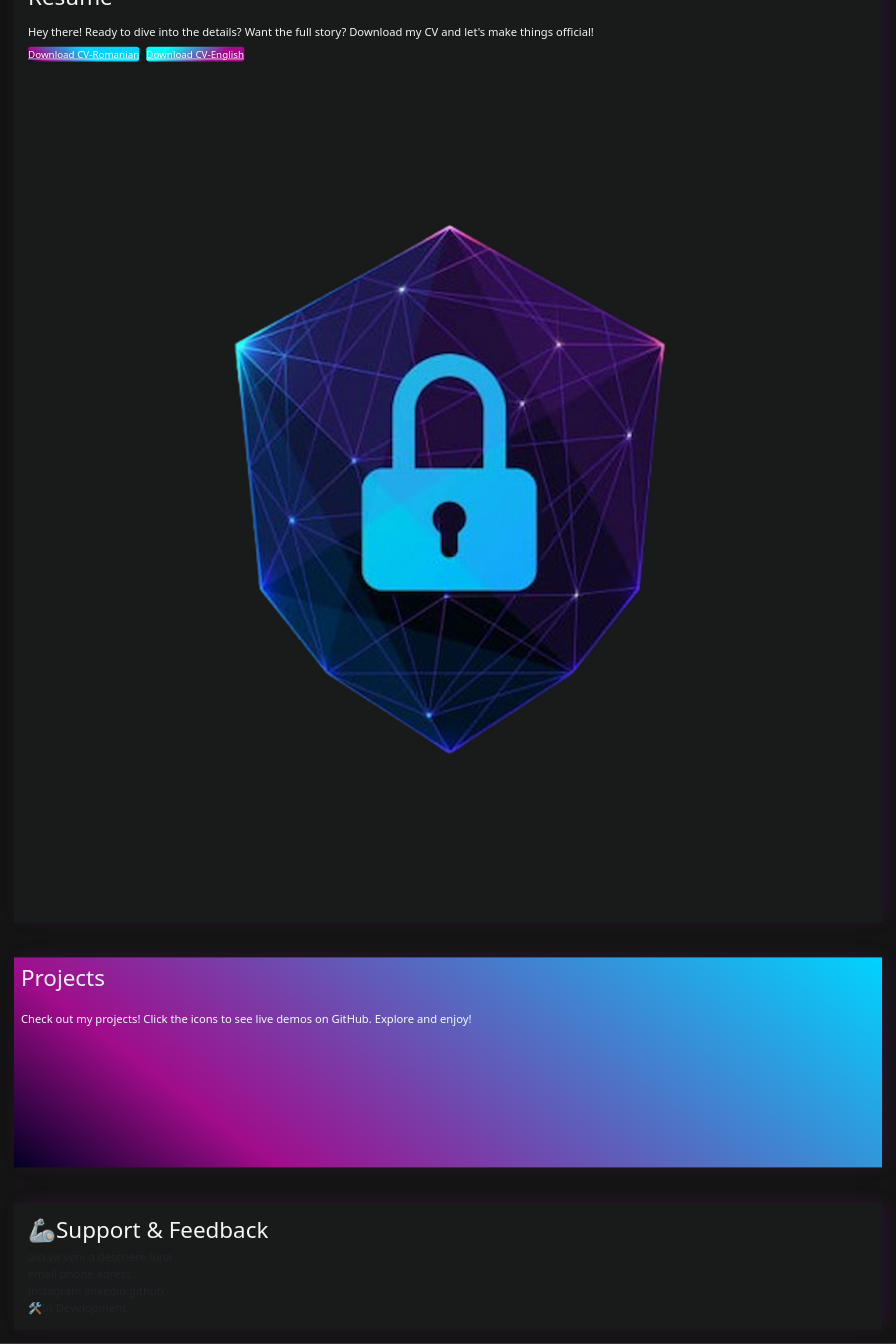
Repository: Sebastiand22/portfolio
Page: index.html
These files come from the project's save history. The page is drawn as it stood at one moment and after the next save; the edit follows.
The browser window is 1280 px wide. The pictures show the part of the page from y = 1854 to 3774 px (the page is 3774 px tall), at 70% of full size.

Above is the page before, as saved 2024-09-15 17:30:15.

After the next save:
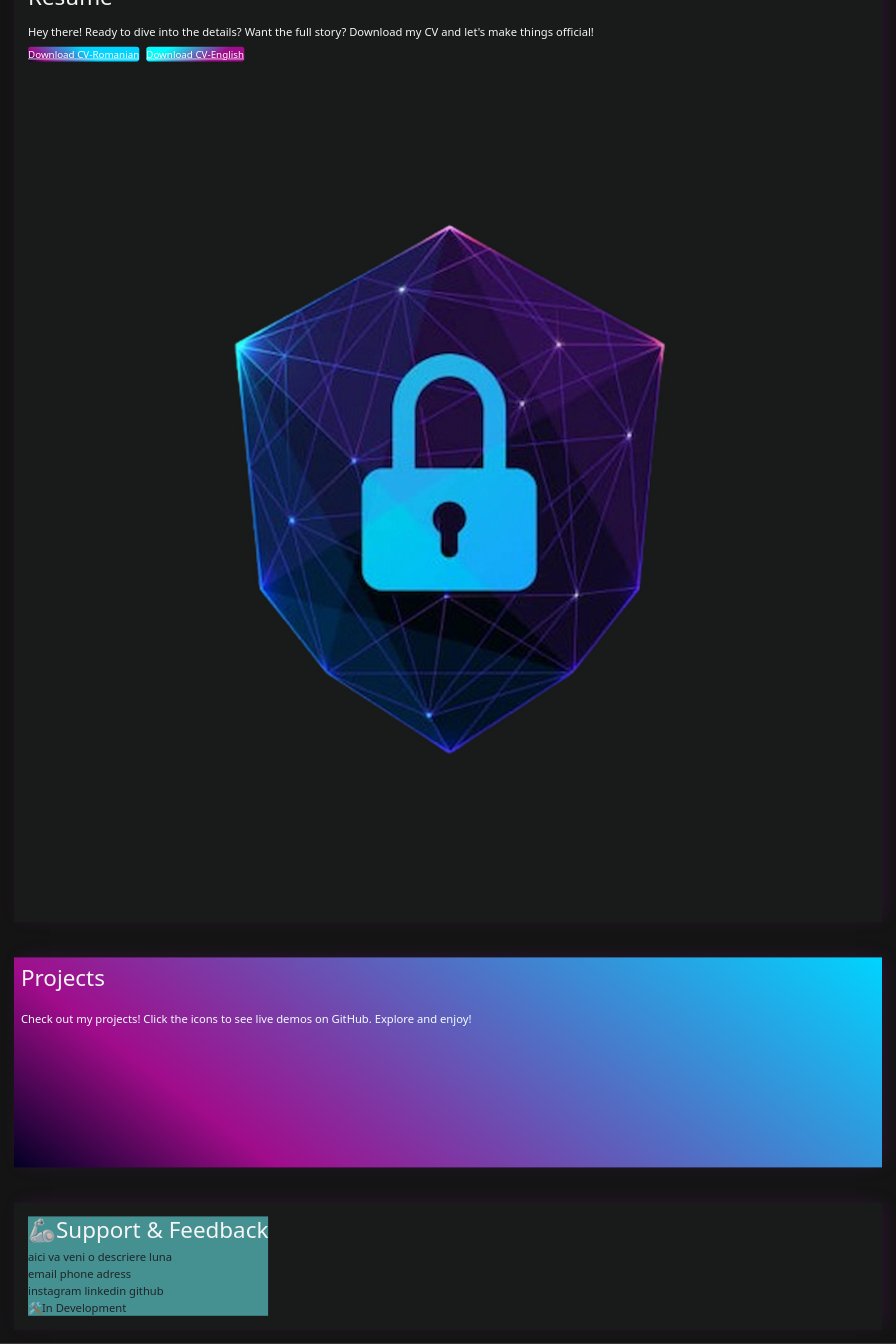
Saved 35 s later.
--- a/index.css
+++ b/index.css
@@ -356,4 +356,4 @@ h2 {
   flex-direction: column;
   gap: 20px;
   overflow: hidden;
-  background-color:#191a1a}
+  background-color:#459090}
